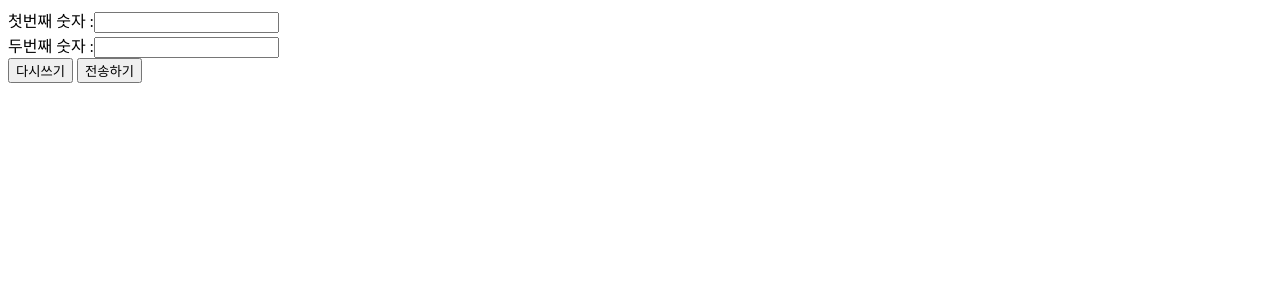
Repository: lopanghub/git_study
Page: http://localhost/JSPStudyCh04Exam/getRequestServletForm.jsp
An editor plug-in stored every save of this project. The page is shown before and after the next save, followed by the edit.
The browser window is 1280 px wide. The pictures show the whole page.
The page is served by Tomcat 9. Other server files are loaded and not shown.

Above is the page before, as saved 2024-04-04 10:06:50.

### JSPStudy/JSPStudyCh04Exam/src/main/webapp/getRequestServletForm.jsp
<%@ page language="java" contentType="text/html; charset=UTF-8"
    pageEncoding="UTF-8"%>
<!DOCTYPE html>
<html>
<head>
<meta charset="UTF-8">
<title>Get 방식 요청처리</title>
</head>
<body>
	<form name="f1" action="getRequest">
		첫번째 숫자 :<input type="number" name="num1" min="1"/><br>
		두번째 숫자 :<input type="number" name="num2" min="1"/><br>
		<input type ="reset" value ="다시쓰기"/>
		<input type ="submit" value ="전송하기"/>
	</form>
</body>
</html>

After the next save:
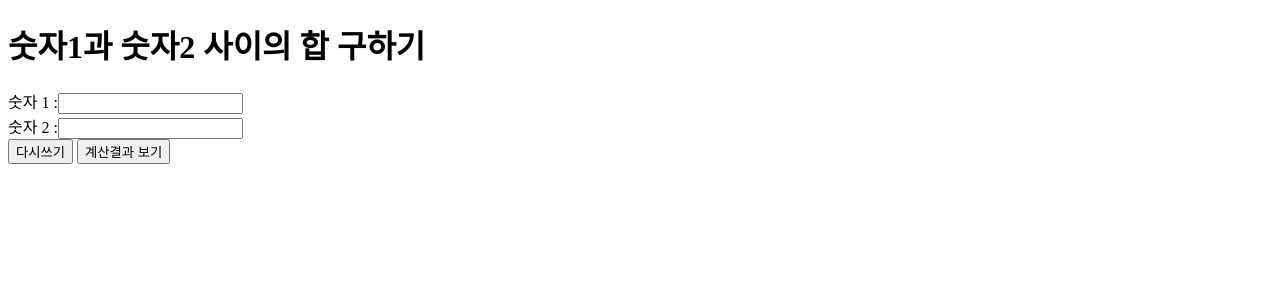
Saved 18 h 10 min later.
--- a/JSPStudy/JSPStudyCh04Exam/src/main/webapp/getRequestServletForm.jsp
+++ b/JSPStudy/JSPStudyCh04Exam/src/main/webapp/getRequestServletForm.jsp
@@ -4,14 +4,15 @@
 <html>
 <head>
 <meta charset="UTF-8">
-<title>Get 방식 요청처리</title>
+<title>4-2 GET방식 처리</title>
 </head>
 <body>
+	<h1>숫자1과 숫자2 사이의 합 구하기</h1>
 	<form name="f1" action="getRequest">
-		첫번째 숫자 :<input type="number" name="num1" min="1"/><br>
-		두번째 숫자 :<input type="number" name="num2" min="1"/><br>
+		숫자 1 :<input type="number" name="num1" min="1"/><br>
+		숫자 2 :<input type="number" name="num2" min="1"/><br>
 		<input type ="reset" value ="다시쓰기"/>
-		<input type ="submit" value ="전송하기"/>
+		<input type ="submit" value ="계산결과 보기"/>
 	</form>
 </body>
 </html>
